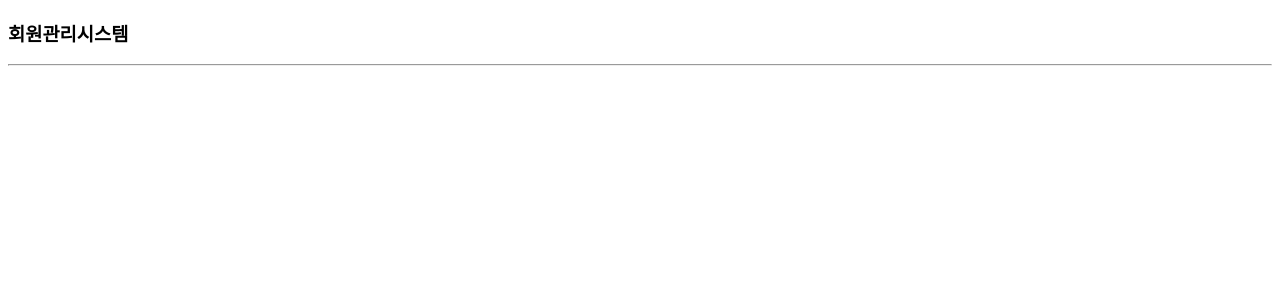
Repository: helloJunejun/WorkSpace_WebUi
Page: 0.1html_basic/src/main/webapp/WEB-INF/index.html
An editor plug-in stored every save of this project. The page is shown before and after the next save, followed by the edit.
The browser window is 1280 px wide. The pictures show the whole page.

Above is the page before, as saved 2021-06-23 06:26:12.

### 0.1html_basic/src/main/webapp/WEB-INF/index.html
<!DOCTYPE html PUBLIC "-//W3C//DTD HTML 4.01 Transitional//EN" "http://www.w3.org/TR/html4/loose.dtd">
<html>
<head>
<meta http-equiv="Content-Type" content="text/html; charset=UTF-8">
<title>MMS</title>
</head>
<body>
<h3>회원관리시스템</h3>
<hr>
</body>
</html>

After the next save:
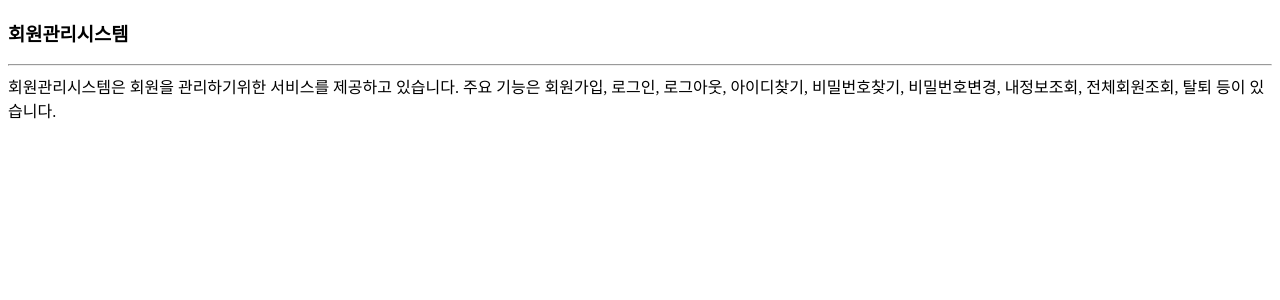
Saved 59 s later.
--- a/0.1html_basic/src/main/webapp/WEB-INF/index.html
+++ b/0.1html_basic/src/main/webapp/WEB-INF/index.html
@@ -7,5 +7,7 @@
 <body>
 <h3>회원관리시스템</h3>
 <hr>
+회원관리시스템은 회원을 관리하기위한 서비스를 제공하고 있습니다.
+주요 기능은 회원가입, 로그인, 로그아웃, 아이디찾기, 비밀번호찾기, 비밀번호변경, 내정보조회, 전체회원조회, 탈퇴 등이 있습니다.
 </body>
 </html>
